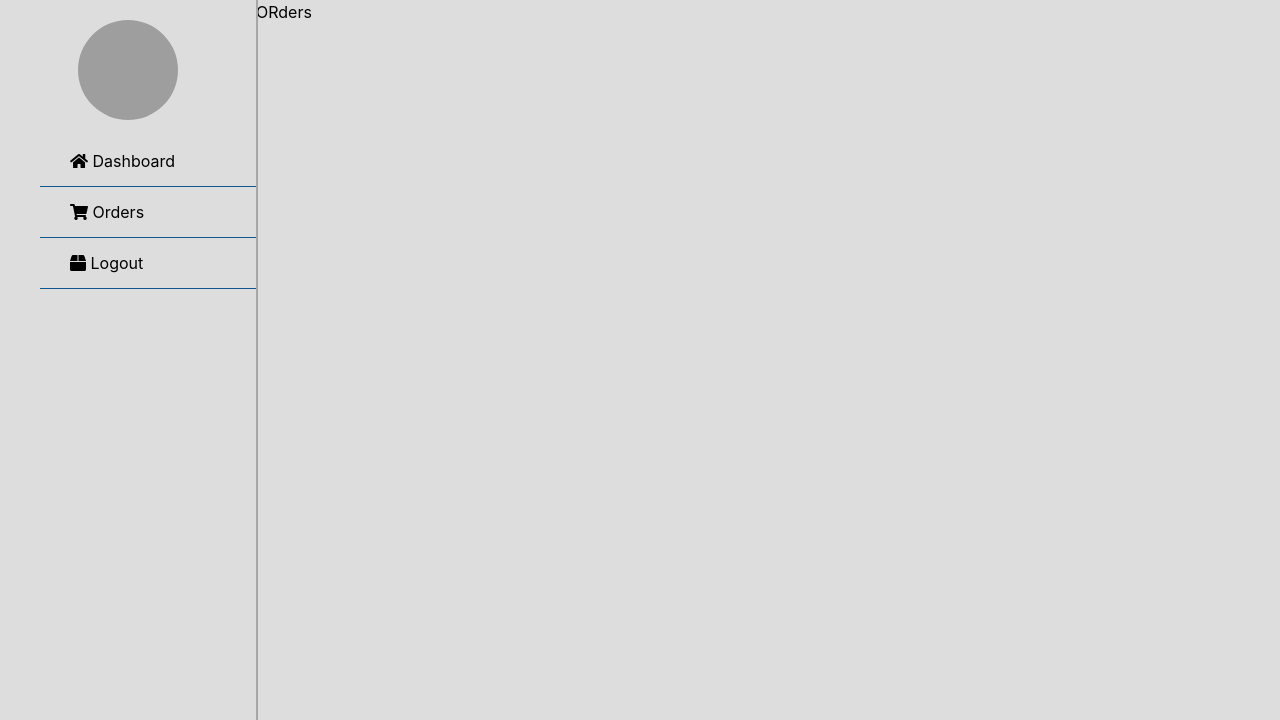
Repository: cjaymoni/FE_Submission02
Page: http://localhost/orders
The author's editor kept a copy of each file at every save. The page is drawn from the files as they stood at one save, then again after the next save.
The browser window is 1280 px wide. The pictures show the whole page.
Pictures or frames that could not be fetched are drawn as grey boxes. Some web libraries are served in a nearby version. The page is run by PHP 8.4 with error messages shown; the project is at /var/www/html/.

Above is the page before, as saved 2022-09-29 14:49:45.

### index.php
<!doctype html>
<html lang="en">
<head>
    <?php include './layout/header.html' ?>
</head>
<body>
<?php
require_once './layout/sidebar.html';

$request = $_SERVER['REQUEST_URI'];

switch ($request) {
        case '/' :
        case '' :
        case '/home' :
            case '/login':
                case '/login/':
        require __DIR__.'/views/login-page/login.html';
        break;


        case '/orders':
        case '/orders/':
        require __DIR__.'/views/orders/orders.html';
        break;

        case '/dashboard':
        case '/dashboard/':
        require __DIR__.'/views/dashboard/dashboard.html';
        break;





        default:
        require __DIR__.'/views/login-page/login.html';
        break;
}
?>

 <?php require_once './layout/footer.html' ?>
</body>
</html>

### layout/header.html
<meta charset="utf-8" />
<meta name="viewport" content="width=device-width, initial-scale=1.0" />

<!-- FavIcon -->
<link rel="icon" type="image/svg+xml" href="assets/Freddys_Logo.svg" />

<!-- CSS -->
<link rel="stylesheet" href="css/styles.css" />

<!-- Font Awesome -->
<link
  rel="stylesheet"
  href="https://use.fontawesome.com/releases/v5.8.1/css/all.css"
/>

<!-- Title -->
<title>Freddy's Shop</title>

### layout/sidebar.html
<aside>
  <div class="sidebar" id="sidebar">
    <div class="profile">
      <img src="assets/Freddys_Logo.svg" alt="Freddys_Logo" />
    </div>
    <ul>
      <li>
        <a href="/dashboard">
          <i class="fas fa-home"></i>
          <span>Dashboard</span>
        </a>
      </li>
      <li>
        <a href="/orders">
          <i class="fas fa-shopping-cart"></i>
          <span>Orders</span>
        </a>
      </li>
      <li>
        <a href="products.html">
          <i class="fas fa-box"></i>
          <span>Logout</span>
        </a>
      </li>
    </ul>
  </div>
</aside>
<script src="js/sidebar-toggle.js"></script>

### views/orders/orders.html
<div class="content">ORders</div>

### layout/footer.html
<script
  src="https://code.jquery.com/jquery-3.6.1.min.js"
  integrity="sha256-o88AwQnZB+VDvE9tvIXrMQaPlFFSUTR+nldQm1LuPXQ="
  crossorigin="anonymous"
></script>

### css/styles.css
:root {
    --color-primary: #f00;
    --color-secondary: #0f0;
    --color-tertiary: rgb(0, 110, 255);
    background-color: #dddddd;
    font-family: Inter, Avenir, Helvetica, Arial, sans-serif;
    font-size: 16px;
    line-height: 24px;
    min-width: 100vw;
    min-height: 100vh;
    scroll-behavior: smooth;
}


body {
    overflow-x: hidden;
    height: 100vh;
    width: 100vw;
    margin: 0;
}

.login-div {
    display: flex;
    flex-direction: column;
    justify-content: center;
    align-items: center;
    border: 5px solid rgb(65, 61, 61);
    margin: auto;
    margin-top: 15%;
    width: 50%;
    padding: 5px;


}

.login-head {
    display: flex;
    justify-content: space-between;
    flex-wrap: wrap;
}

.login-img {
    width: 100px;
    height: 100px;
    border-radius: 50%;
    margin: 10px;
}

.login-head-text {
    display: flex;
    justify-content: center;
    align-items: center;
    margin: 10px;
    flex-wrap: wrap;
}

.login-head-img {
    display: flex;
    justify-content: center;
    align-items: center;
    margin: 10px;
}

.login-form {
    display: flex;
    flex-direction: column;
    justify-content: center;
    align-items: center;
    margin: 10px;
    width: 100%;
}



.input-div {
    display: flex;
    flex-direction: column;
    justify-content: center;
    align-items: center;
    margin: 10px;
    width: 100%;
}

input[type=text],
input[type=password] {
    width: 100%;
    padding: 12px 20px;
    margin: 8px 0;
    display: inline-block;
    border: 2px solid #ccc;
    box-sizing: border-box;
    border-radius: 5px;
}

.login-btn {
    width: 100%;
    padding: 10px;
    border: 2px solid #ccc;
    border-radius: 5px;
}


.sidebar {
    background-color: #dddddd;
    position: fixed;
    top: 0;
    left: 0;
    width: 20%;
    height: 100%;
    padding: 20px 0;
    transition: all 0.5s ease;
    border-right: 2px solid rgb(167, 167, 167);

}

.content {
    width: 80%;
    height: 100%;
    float: right;
}


.sidebar .profile img {
    display: block;
    width: 100px;
    height: 100px;
    border-radius: 50%;
    margin: 0 auto;
}

.sidebar ul li {
    list-style: none;

}

.sidebar ul li a {
    display: block;
    padding: 13px 30px;
    border-bottom: 1px solid #10558d;
    color: black;
    font-size: 16px;
    position: relative;
    text-decoration: none;
}

.sidebar ul li a .icon {
    color: black;
    width: 30px;
    display: inline-block;
}

### js/sidebar-toggle.js
const pgUrl = window.location.href.substr(
  window.location.href.lastIndexOf("/") + 1
);
const sdComponent = document.querySelector(".sidebar");
if (pgUrl === "login") {
  sdComponent.style.display = "none";
}

After the next save:
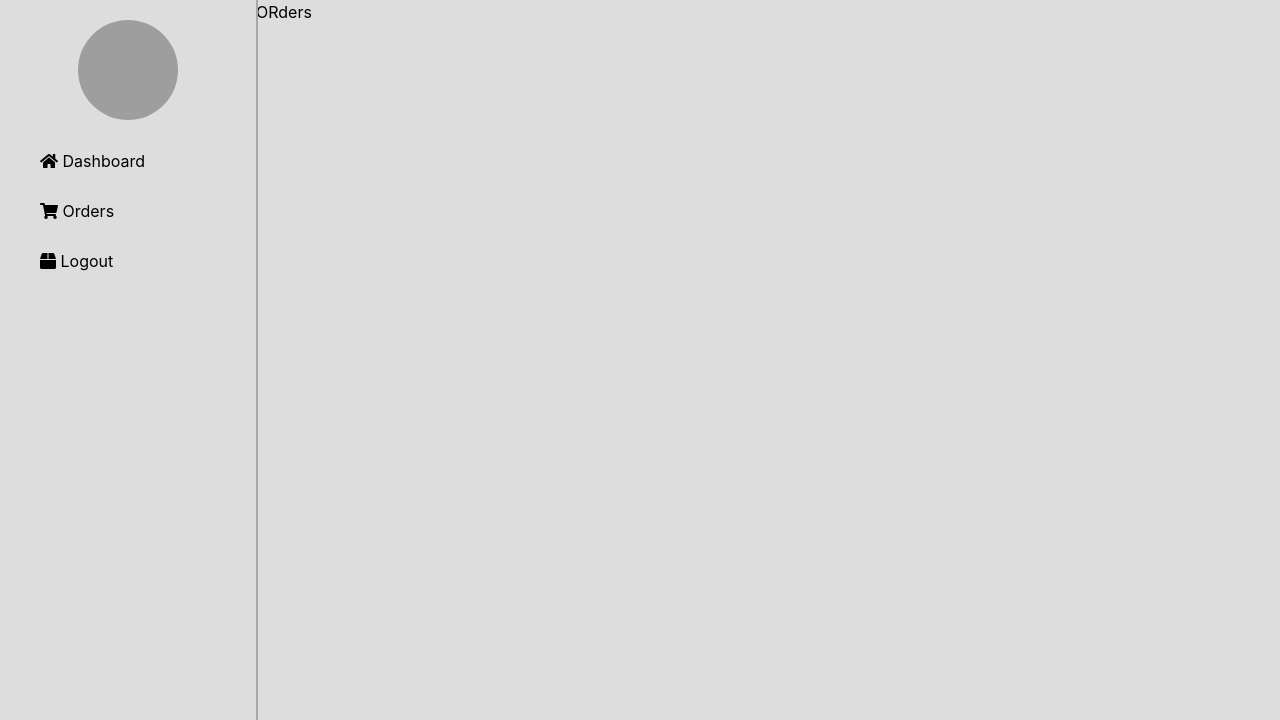
Saved 76 s later.
--- a/css/styles.css
+++ b/css/styles.css
@@ -135,8 +135,8 @@ input[type=password] {
 
 .sidebar ul li a {
     display: block;
-    padding: 13px 30px;
-    border-bottom: 1px solid #10558d;
+    padding: 13px 0px;
+    /* border-bottom: 1px solid #10558d; */
     color: black;
     font-size: 16px;
     position: relative;
